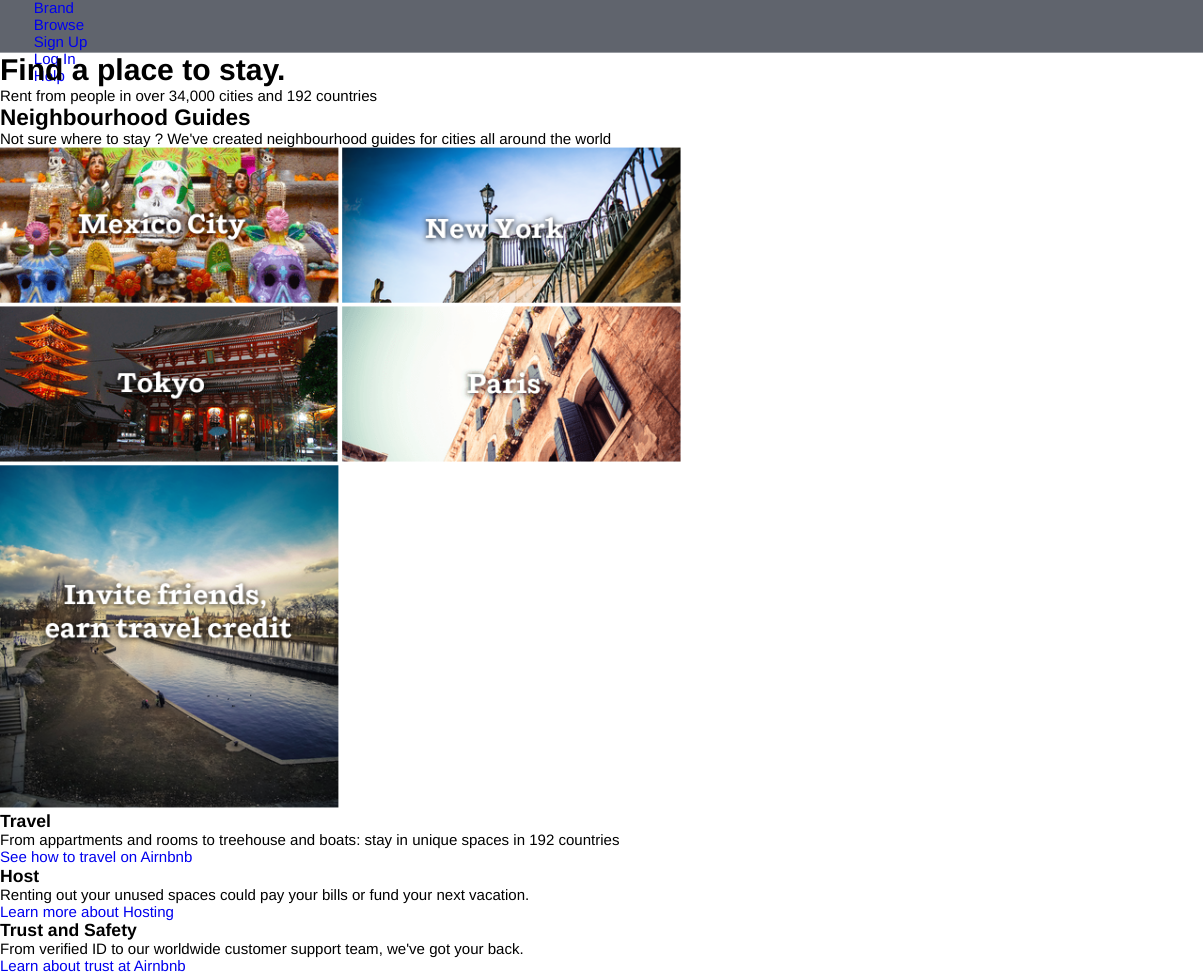
Repository: Naohonproject/web101x02-asm3
Page: Project3.html
An editor plug-in stored every save of this project. The page is shown before and after the next save, followed by the edit.
The browser window is 1280 px wide. The pictures show the whole page, at 94% of full size.

Above is the page before, as saved 2022-01-21 22:46:41.

### Project3.html
<!-- @format -->

<!DOCTYPE html>
<html lang="en">
	<head>
		<meta charset="UTF-8" />
		<meta http-equiv="X-UA-Compatible" content="IE=edge" />
		<meta name="viewport" content="width=device-width, initial-scale=1.0" />
		<link rel="stylesheet" href="./assets/css/style.css" />
		<link rel="stylesheet" href="./assets/css/responsive.css" />
		<title>Home</title>
	</head>
	<body class="home-body">
		<header id="header">
			<div class="header-wrapper">
				<div class="nav-bar">
					<div class="nav-icon">
						<a href="#">Brand</a>
					</div>

					<div class="nav-icon">
						<a href="#">Browse</a>
					</div>

					<div class="nav-icon">
						<a href="Signup.html" target="_blank">Sign Up</a>
					</div>

					<div class="nav-icon">
						<a href="login.html" target="_blank">Log In</a>
					</div>

					<div class="nav-icon">
						<a href="#" target="_blank">Help</a>
					</div>

				</div>
			</div>
		</header>

		<!-- <video
			src="./assets/video/slider.mp4"
			controls
			autoplay
			muted
			style="width: 100%"
		></video> -->

		<div id="banner">
			<div class="banner-wrapper">
				<div class="banner-text-content">
					<div class="content-heading">
						<h1 class="white-text">Find a place to stay.</h1>
					</div>
					<div class="content-desc">
						<p class="white-text">
							Rent from people in over 34,000 cities and 192 countries
						</p>
					</div>
				</div>
			</div>
		</div>

		<div id="content">
			<div class="content-wrapper box-padding">
				<div class="content-heading">
					<h2>Neighbourhood Guides</h2>
					<p>
						Not sure where to stay ? We've created neighbourhood guides for
						cities all around the world
					</p>
				</div>
				<div class="content-images-table">
					<div class="image-block">
						<img
							class="first-img"
							src="./assets/img/web101x-Mexico City.png"
							alt="Mexico City"
							width="360"
						/>
						<img
							src="./assets/img/web101x-New York.png"
							alt="New York City"
							width="360"
						/>
					</div>
					<div class="image-block">
						<img
							class="first-img"
							src="./assets/img/web101x-Tokyo.png"
							alt="Tokyo City"
							width="360"
						/>
						<img
							src="./assets/img/web101x-Paris.png"
							alt="Paris City"
							width="360"
						/>
					</div>
					<div class="image-block">
						<img
							src="./assets/img/web101x-Invitation.png"
							alt="Invitation image"
							width="360"
						/>
					</div>
				</div>
				<div class="clear"></div>
			</div>
		</div>

		<footer id="footer">
			<div class="footer-wrapper box-padding">
				<div class="footer-block">
					<h3 class="bold-text">Travel</h3>
					<p>
						From appartments and rooms to treehouse and boats: stay in unique
						spaces in 192 countries
					</p>
					<a href="#">See how to travel on Airnbnb</a>
				</div>

				<div class="footer-block">
					<h3 class="bold-text">Host</h3>
					<p>
						Renting out your unused spaces could pay your bills or fund your
						next vacation.
					</p>
					<a href="#">Learn more about Hosting</a>
				</div>

				<div class="footer-block">
					<h3 class="bold-text">Trust and Safety</h3>
					<p>
						From verified ID to our worldwide customer support team, we've got
						your back.
					</p>
					<a href="#">Learn about trust at Airnbnb</a>
				</div>
				<div class="clear"></div>
			</div>
		</footer>
		</div>
	</body>
</html>

### assets/css/style.css
/**
 * /* ======reset css======
 *
 * @format
 */

*,
::before,
::after {
	padding: 0;
	margin: 0;
	box-sizing: border-box;
	list-style-type: none;
	text-decoration: none;
}

html {
	font-family: "Helvetica Neue", Helvetica, Arial;
	color: #000;
}

#header {
	width: 100%;
	height: 56px;
	background-color: #60646d;
	background-clip: border-box;
}
.header-wrapper {
	font-size: 16px;
	padding: 0px 36px;
}

Loaded but not shown: assets/css/responsive.css (no copy from this time; the picture is the same without it)

After the next save:
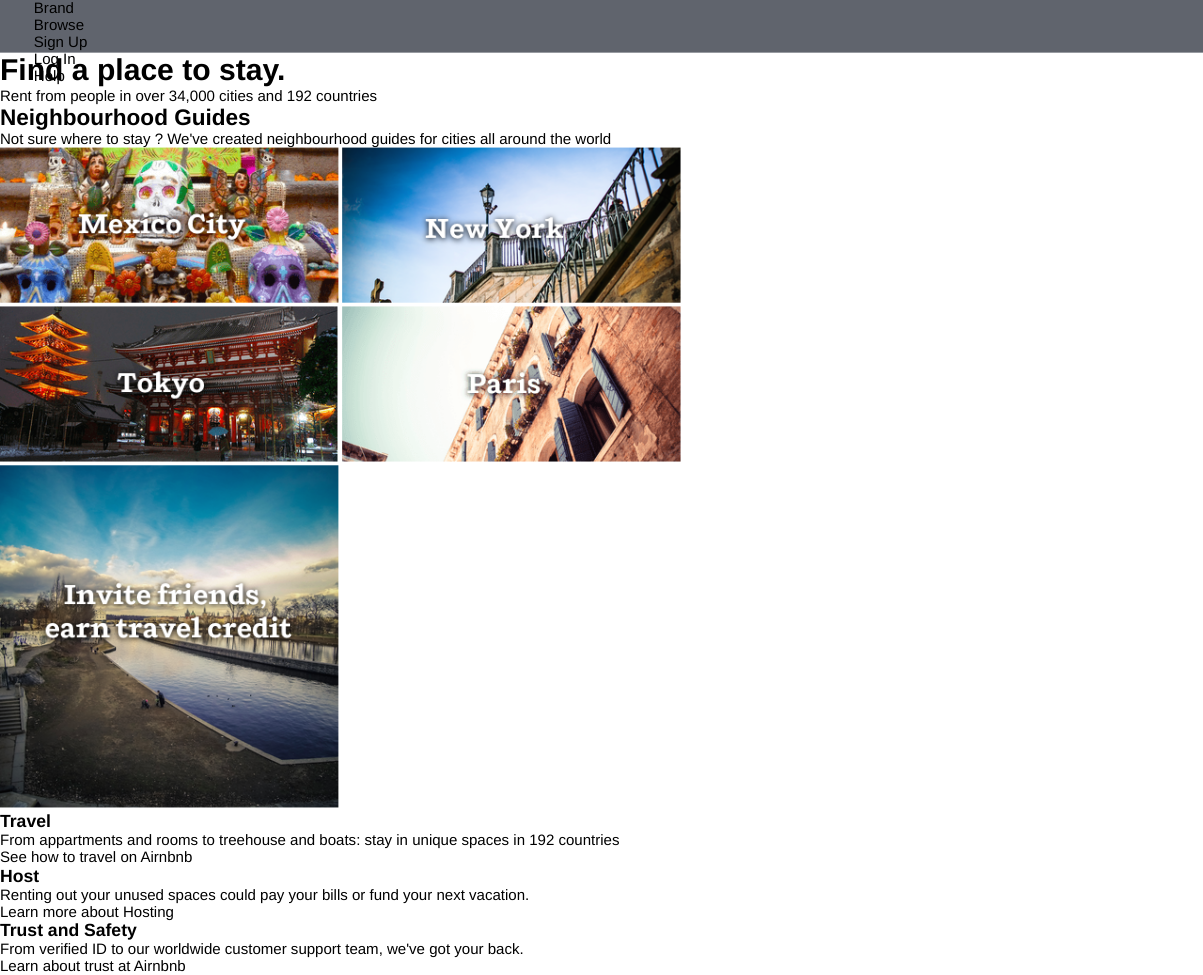
Saved 97 s later.
--- a/assets/css/style.css
+++ b/assets/css/style.css
@@ -12,11 +12,11 @@
 	box-sizing: border-box;
 	list-style-type: none;
 	text-decoration: none;
+	color: #000;
 }
 
 html {
 	font-family: "Helvetica Neue", Helvetica, Arial;
-	color: #000;
 }
 
 #header {
